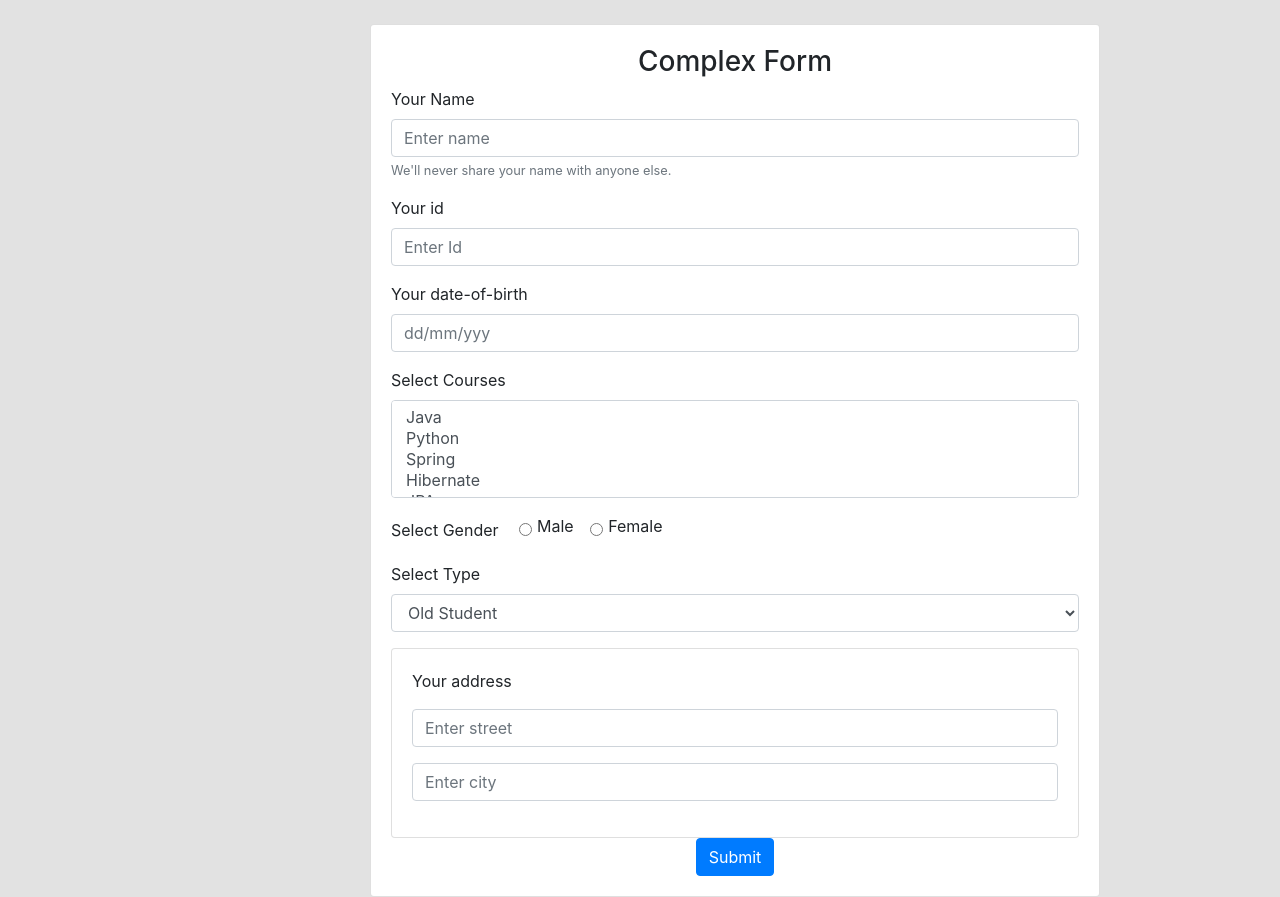
Repository: agupta003/3-18-2024
Page: http://localhost/spring-mvc-orm-db-Fileupload-multipart-resolver/WEB-INF/views/jsp/complex_form.jsp
These files come from the project's save history. The page is drawn as it stood at one moment and after the next save; the edit follows.
The browser window is 1280 px wide. The pictures show the whole page.
Some web libraries are served in a nearby version. The page is served by Tomcat 10. Nobody is signed in. The template is opened directly, without the code that normally fills it, so the values that code supplies are empty.

Above is the page before, as saved 2024-03-28 04:28:01.

After the next save:
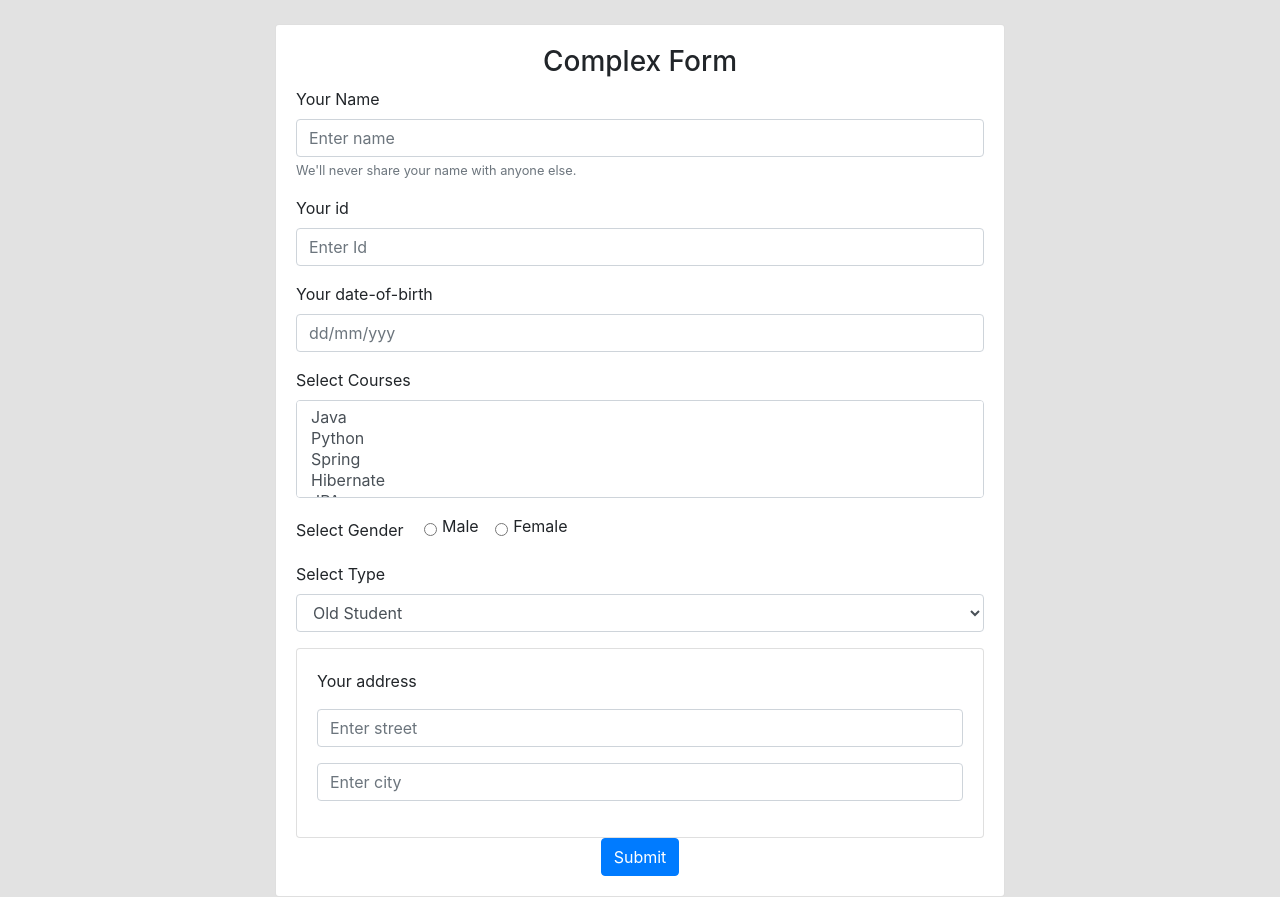
Saved 20 s later.
--- a/spring-mvc-orm-db-Fileupload-multipart-resolver/src/main/webapp/WEB-INF/views/jsp/complex_form.jsp
+++ b/spring-mvc-orm-db-Fileupload-multipart-resolver/src/main/webapp/WEB-INF/views/jsp/complex_form.jsp
@@ -17,7 +17,7 @@
 <body class="" style="background: #e2e2e2;">
 	<div class="container mt-4">
 		<div class="row">
-			<div class="col-md-8 offset-md-3">
+			<div class="col-md-8 offset-md-2">
 				<div class="card">
 					<div class="card-body">
 						<h3 class="text-center">Complex Form</h3>
